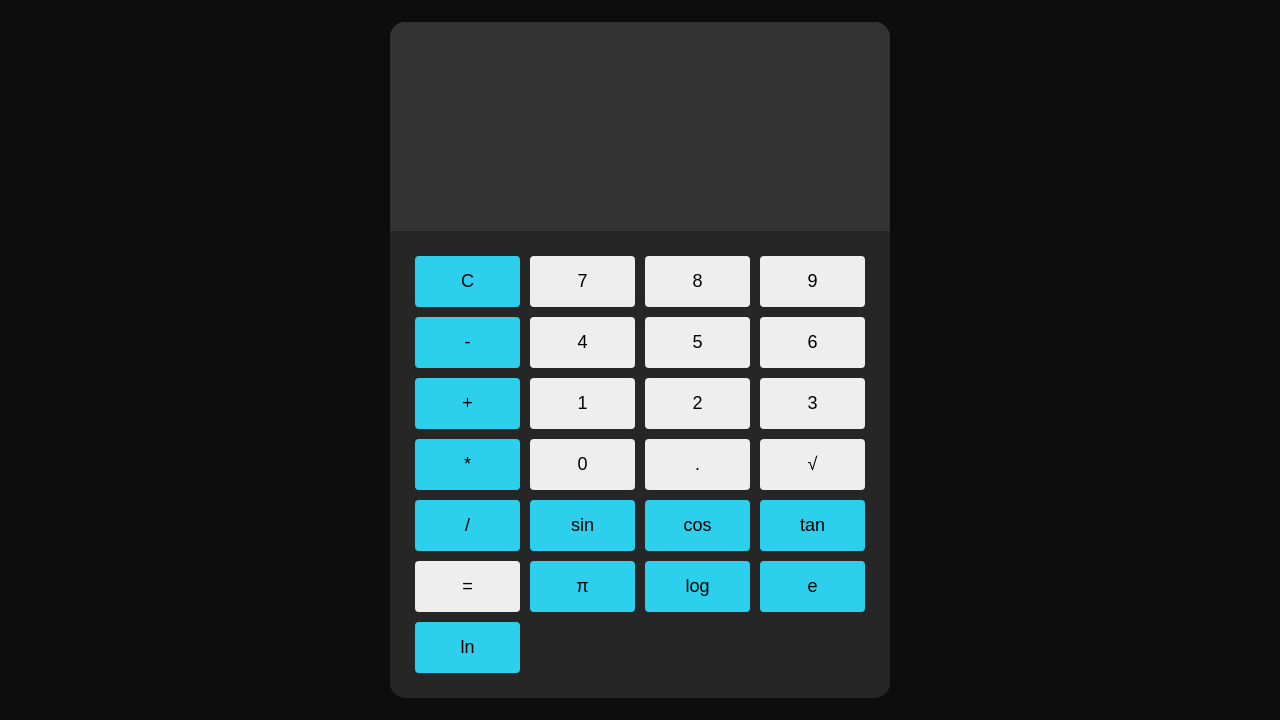
Repository: Haakim19/JavaScript
Page: Calculater/Main.html
The author's editor kept a copy of each file at every save. The page is drawn from the files as they stood at one save, then again after the next save.
The browser window is 1280 px wide. The pictures show the whole page.

Above is the page before, as saved 2024-10-23 10:22:39.

After the next save:
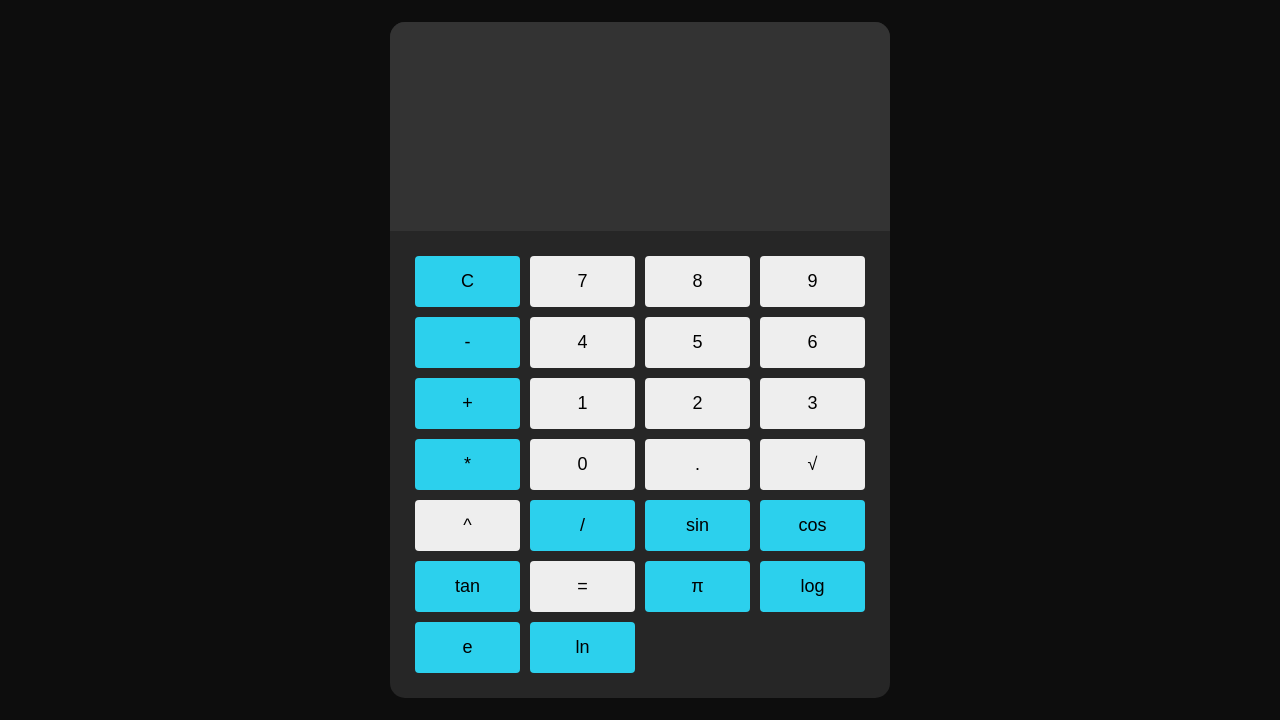
Saved 100 s later.
--- a/Calculater/Main.html
+++ b/Calculater/Main.html
@@ -28,6 +28,7 @@
                 <button onclick="appentToDisplay('0')">0</button>
                 <button onclick="appentToDisplay('.')" >.</button>
                 <button onclick="appentToDisplay('Math.sqrt()')" >√</button>
+                <button onclick="appendToDisplay('**')">^</button>
                 <button onclick="appentToDisplay('/')" class="operator-btn">/</button>
                 <button onclick="appentToDisplay('Math.sin()')" class="operator-btn">sin</button>
                 <button onclick="appentToDisplay('Math.cos()')" class="operator-btn">cos</button>
